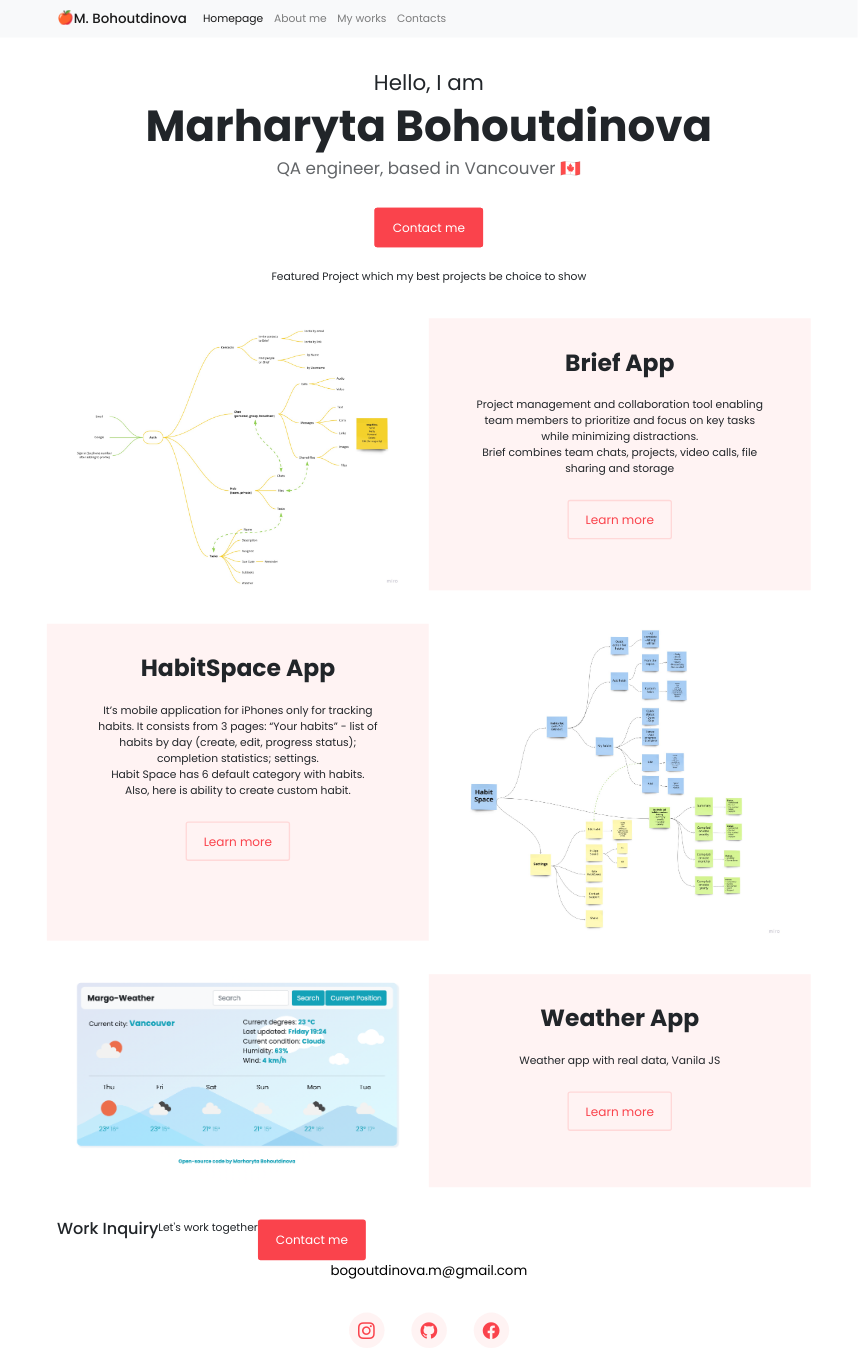
Repository: Bohoutdinova/Portfolio_week-4
Page: index.html
The author's editor kept a copy of each file at every save. The page is drawn from the files as they stood at one save, then again after the next save.
The browser window is 1280 px wide. The pictures show the whole page, at 67% of full size.
Some web libraries are served in a nearby version.

Above is the page before, as saved 2022-08-15 13:20:43.

After the next save:
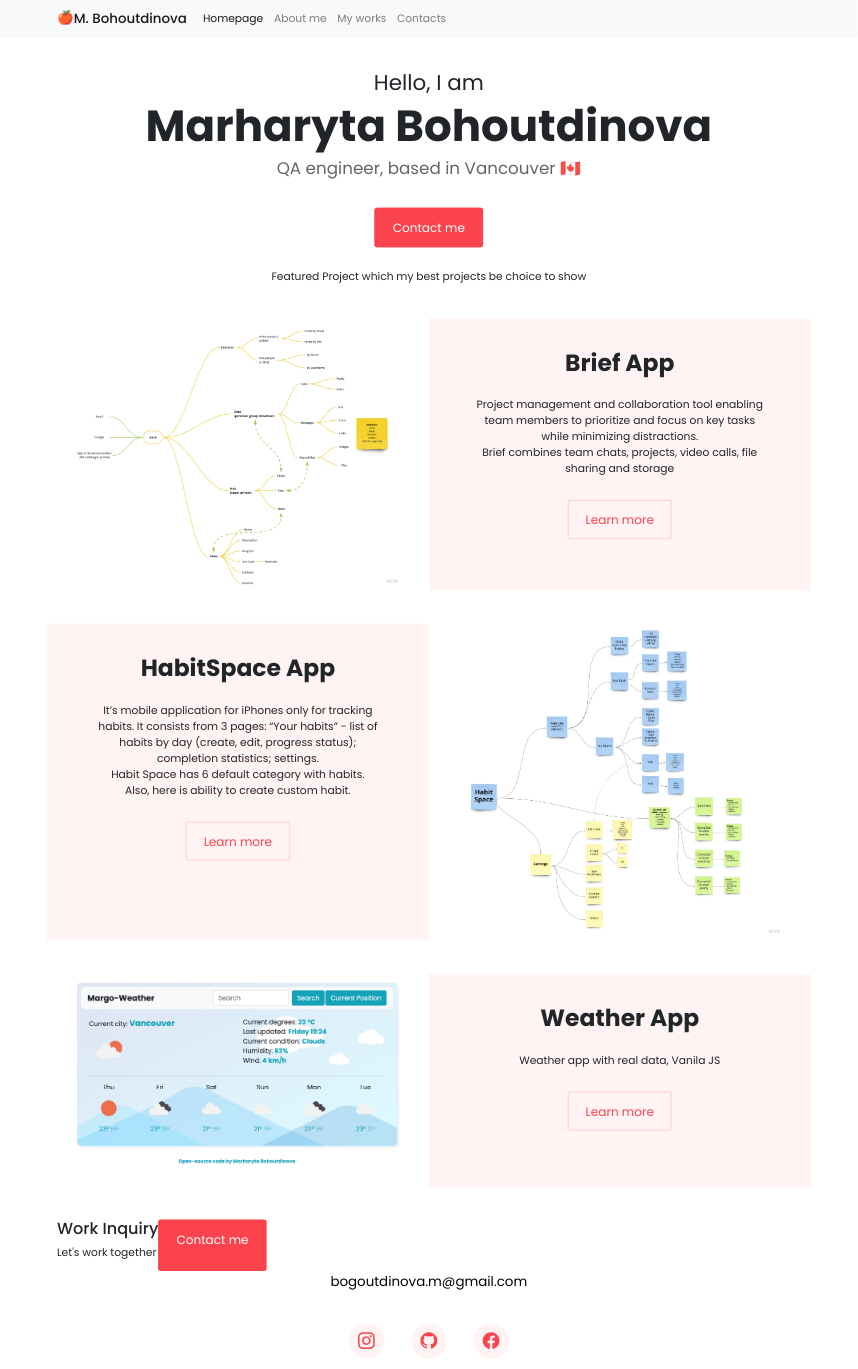
Saved 11 s later.
--- a/index.html
+++ b/index.html
@@ -192,9 +192,10 @@
       </div>
       <footer class="mt-5">
         <div class="box-contacts d-flex">
-          <h4>Work Inquiry</h4>
-          <p>Let's work together</p>
-
+          <div>
+            <h4>Work Inquiry</h4>
+            <p>Let's work together</p>
+          </div>
           <a href="/contact.html" class="contact-me rounded" title="Contact me"
             >Contact me</a
           >
